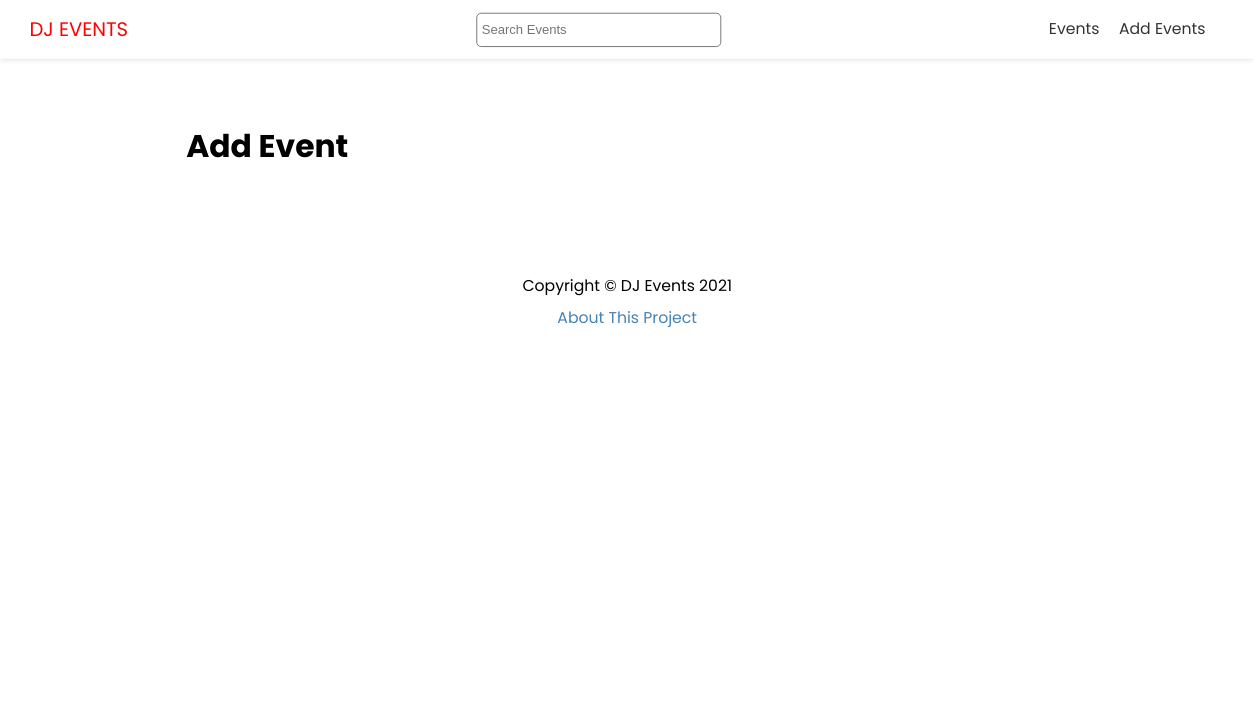
Repository: ShamroOoz/Concerts-Creator-Frontend-Nextjs
Page: /events/add
The author's editor kept a copy of each file at every save. The page is drawn from the files as they stood at one save, then again after a run of saves.
The browser window is 1280 px wide. The pictures show the whole page, at 98% of full size.
The page's requests for data from a server got no answer. The project was rebuilt for these pictures with package versions that can differ from the ones it lists, and the page was loaded fresh each time. The framework's server and built-in components were replaced by stand-ins that run in the browser. No one was signed in, and anything a server would have sent is missing. Also part of the build but not shown: next.config.js, styles/Showcase.module.css, components/Showcase.js.

Above is the page before, as saved 2021-04-21 20:22:59.

After the next 5 saves:
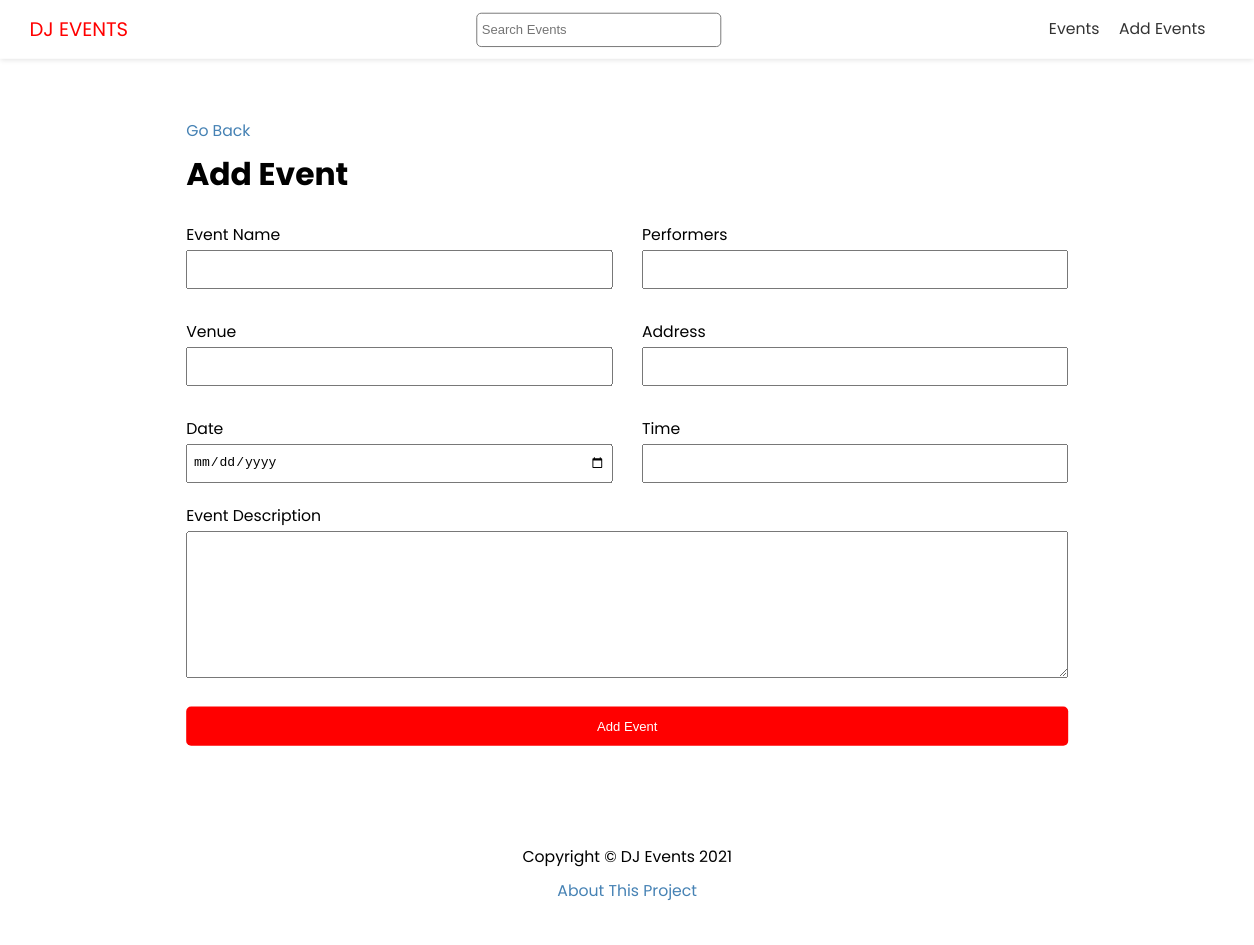
The 5 saves are shown as one change because 4 did not build or start.
The last was saved 3 min 56 s later.
--- a/pages/events/add.js
+++ b/pages/events/add.js
@@ -1,9 +1,117 @@
+import { ToastContainer, toast } from "react-toastify";
+import "react-toastify/dist/ReactToastify.css";
+import { useState } from "react";
+import { useRouter } from "next/router";
+import Link from "next/link";
 import Layout from "@/components/Layout";
+import { API_URL } from "@/config/index";
+import styles from "@/styles/Form.module.css";
 
 export default function AddEventPage() {
+  const [values, setValues] = useState({
+    name: "",
+    performers: "",
+    venue: "",
+    address: "",
+    date: "",
+    time: "",
+    description: "",
+  });
+
+  const router = useRouter();
+
+  const handleSubmit = async (e) => {
+    e.preventDefault();
+
+    console.log(values);
+  };
+  const handleInputChange = (e) => {
+    const { name, value } = e.target;
+    setValues({ ...values, [name]: value });
+  };
+
   return (
     <Layout title="Add New Event">
+      <Link href="/events">Go Back</Link>
       <h1>Add Event</h1>
+      <ToastContainer />
+      <form onSubmit={handleSubmit} className={styles.form}>
+        <div className={styles.grid}>
+          <div>
+            <label htmlFor="name">Event Name</label>
+            <input
+              type="text"
+              id="name"
+              name="name"
+              value={values.name}
+              onChange={handleInputChange}
+            />
+          </div>
+          <div>
+            <label htmlFor="performers">Performers</label>
+            <input
+              type="text"
+              name="performers"
+              id="performers"
+              value={values.performers}
+              onChange={handleInputChange}
+            />
+          </div>
+          <div>
+            <label htmlFor="venue">Venue</label>
+            <input
+              type="text"
+              name="venue"
+              id="venue"
+              value={values.venue}
+              onChange={handleInputChange}
+            />
+          </div>
+          <div>
+            <label htmlFor="address">Address</label>
+            <input
+              type="text"
+              name="address"
+              id="address"
+              value={values.address}
+              onChange={handleInputChange}
+            />
+          </div>
+          <div>
+            <label htmlFor="date">Date</label>
+            <input
+              type="date"
+              name="date"
+              id="date"
+              value={values.date}
+              onChange={handleInputChange}
+            />
+          </div>
+          <div>
+            <label htmlFor="time">Time</label>
+            <input
+              type="text"
+              name="time"
+              id="time"
+              value={values.time}
+              onChange={handleInputChange}
+            />
+          </div>
+        </div>
+
+        <div>
+          <label htmlFor="description">Event Description</label>
+          <textarea
+            type="text"
+            name="description"
+            id="description"
+            value={values.description}
+            onChange={handleInputChange}
+          ></textarea>
+        </div>
+
+        <input type="submit" value="Add Event" className="btn" />
+      </form>
     </Layout>
   );
 }
